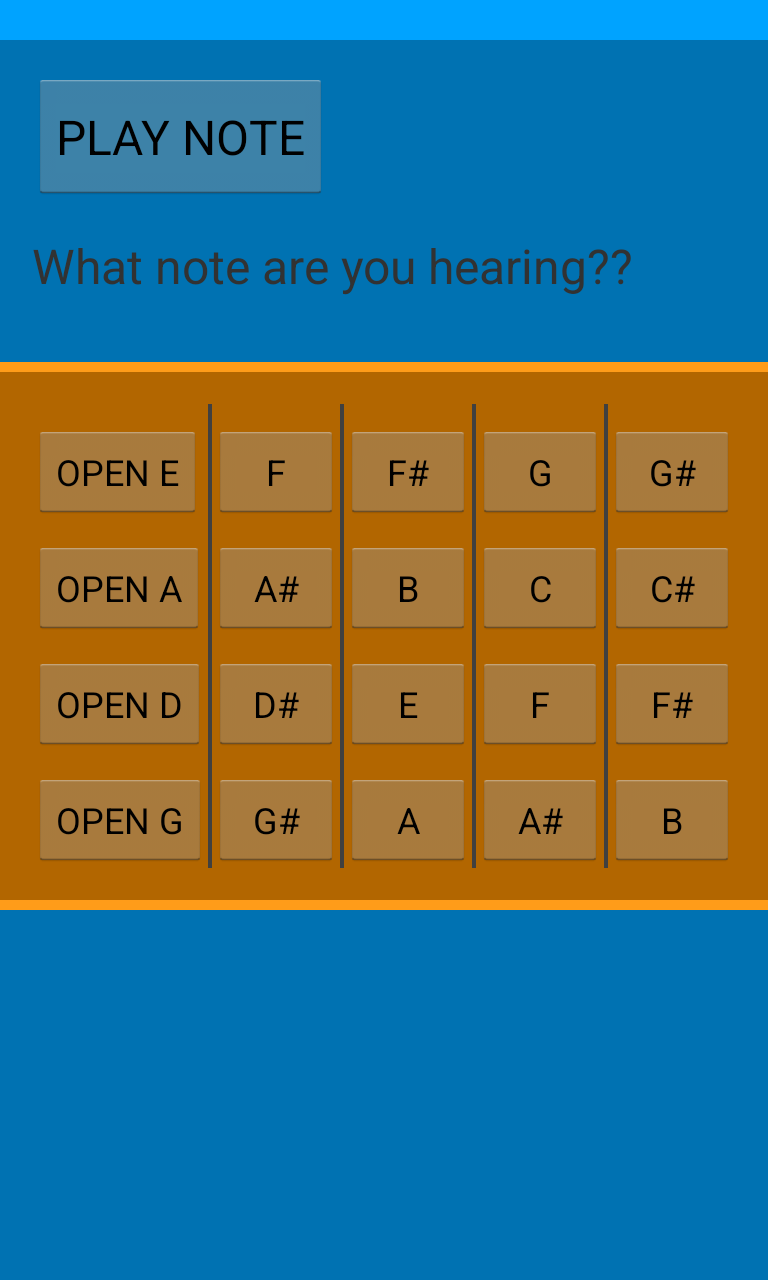
Repository: elliott-ribner/android-guitar-trainer
Layout: randomnotegenerator/res/layout/activity_main.xml
These files come from the project's save history. The layout is drawn as it stood at one moment and after the next save; the edit follows.
It is drawn on a 768 x 1280 px phone screen (xhdpi) without system bars, with theme AppTheme; the app's code is not run.

Above is the layout before, as saved 2014-06-09 01:07:13.

After the next save:
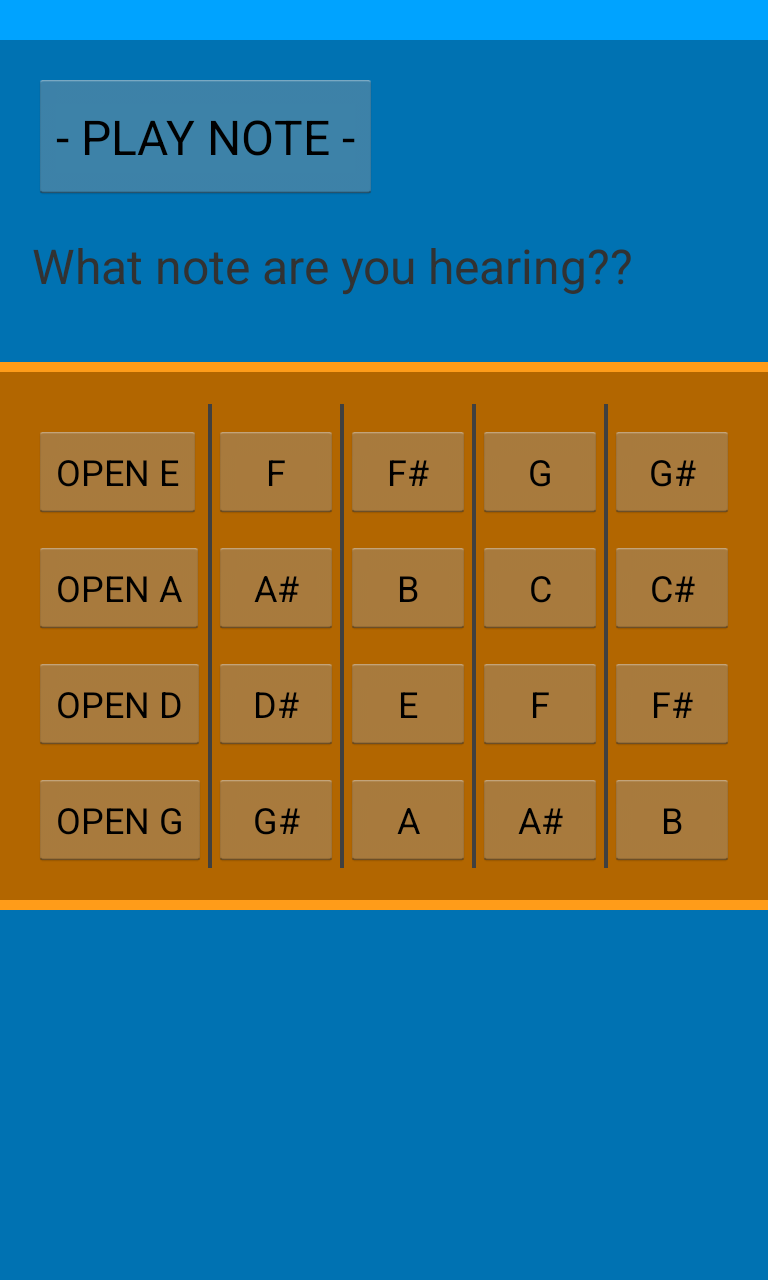
Saved 12 s later.
--- a/randomnotegenerator/res/values/strings.xml
+++ b/randomnotegenerator/res/values/strings.xml
@@ -4,7 +4,7 @@
     <string name="app_name">Bass Guitar Ear Trainer</string>
     <string name="hello_world">Hello world!</string>
     <string name="action_settings">Settings</string>
-	<string name="play">PLAY NOTE</string>
+	<string name="play">- PLAY NOTE -</string>
 	<string name="prompt">What note are you hearing??</string>
 	<string name="result"></string>
 	<string name="c">C</string>
